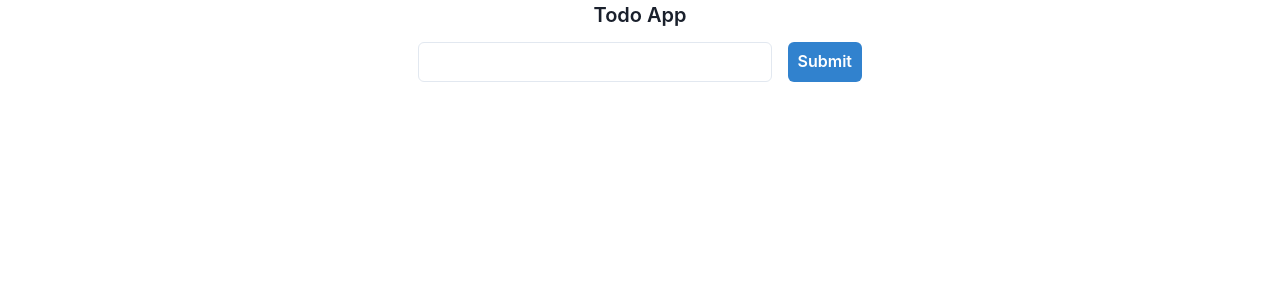
Repository: jammy729/todo-react
Page: /
An editor plug-in stored every save of this project. The page is shown before and after a run of saves, followed by the edit.
The browser window is 1280 px wide. The pictures show the whole page.
The page's requests for data from a server got no answer. The project was rebuilt for these pictures with package versions that can differ from the ones it lists, and the page was loaded fresh each time. No one was signed in, and anything a server would have sent is missing. Also part of the build but not shown: vite.config.js.

Above is the page before, as saved 2022-07-19 12:33:21.

After the next 2 saves:
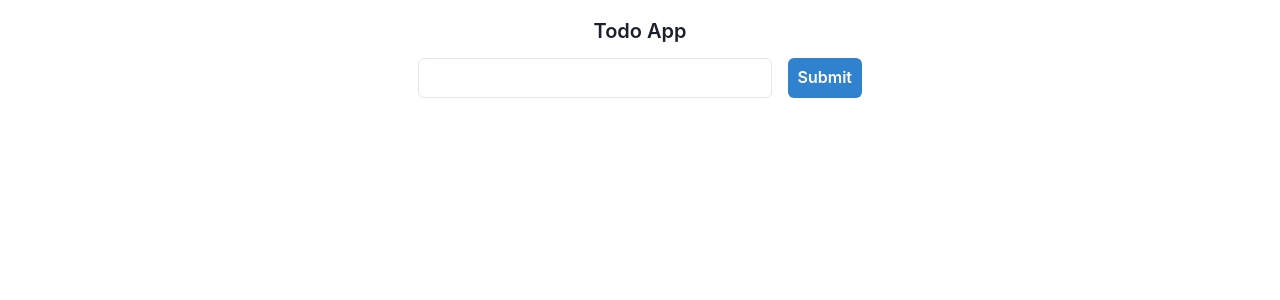
The 2 saves are shown as one change because they came seconds apart.
The last was saved 9 s later.
--- a/src/App.jsx
+++ b/src/App.jsx
@@ -69,7 +69,7 @@ const App = () => {
   }
 
   return (
-    <Container maxW='500px'>
+    <Container maxW='500px' pt={4}>
       <Box align='center'>
         <Text fontWeight='semibold' fontSize='xl'>
           Todo App
